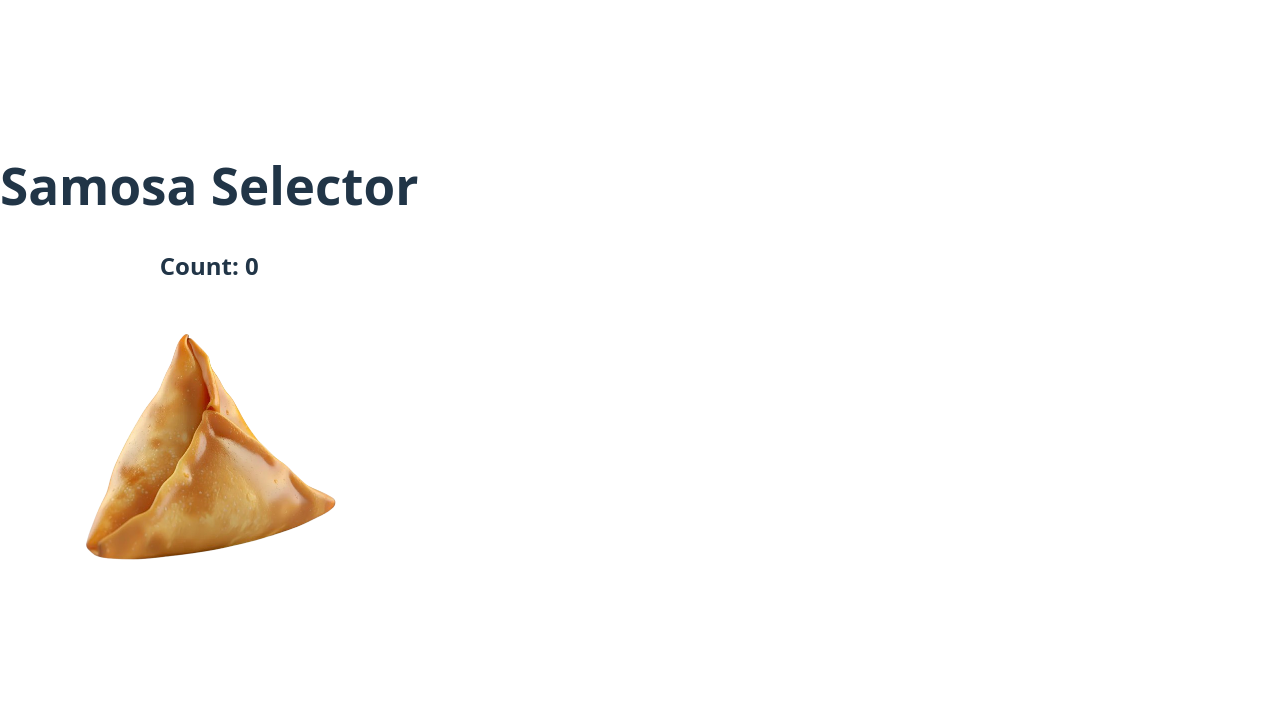
Repository: kvi1/Web102-Labs
Page: / (app in samosa-selector/)
An editor plug-in stored every save of this project. The page is shown before and after the next save, followed by the edit.
The browser window is 1280 px wide. The pictures show the whole page.
The project was rebuilt for these pictures with package versions that can differ from the ones it lists, and the page was loaded fresh each time. Also part of the build but not shown: samosa-selector/vite.config.js.

Above is the page before, as saved 2025-03-01 14:14:13.

After the next save:
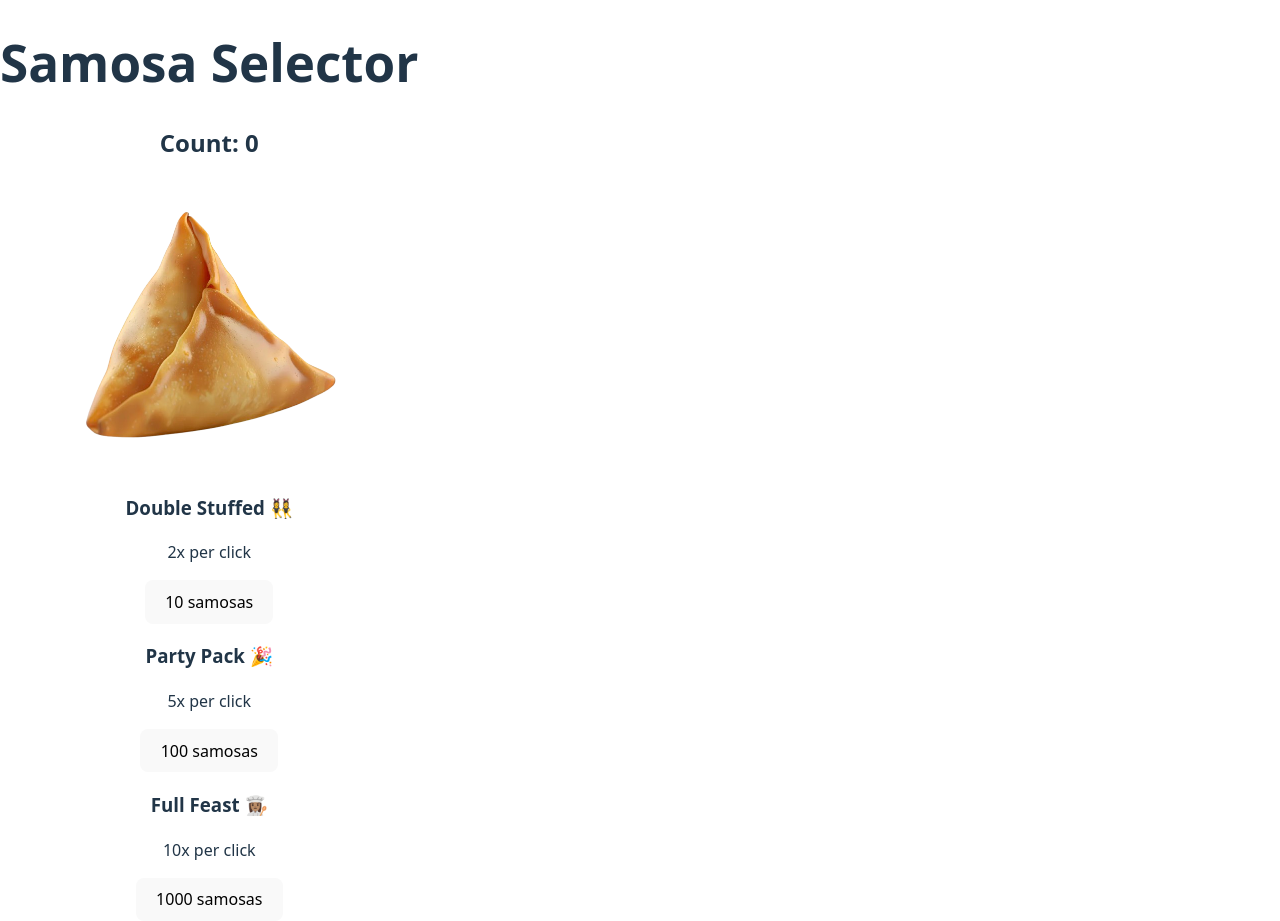
Saved 2 min 54 s later.
--- a/samosa-selector/src/App.jsx
+++ b/samosa-selector/src/App.jsx
@@ -16,6 +16,26 @@ const App = () => {
         <h2>Count: {count}</h2>
         <img className = "samosa" src = {samosa} onClick = {updateCount}></img>
       </div>
+      <div className = "container">
+        <div className = "upgrade">
+          <h3>Double Stuffed 👯‍♀️</h3>
+          <p>2x per click</p>
+          <button>10 samosas</button>
+        </div>
+
+        <div className = "upgrade">
+          <h3>Party Pack 🎉</h3>
+          <p>5x per click</p>
+          <button>100 samosas</button>
+        </div>
+
+        <div className = "upgrade">
+          <h3>Full Feast 👩🏽‍🍳</h3>
+          <p>10x per click</p>
+          <button>1000 samosas</button>
+        </div>
+
+      </div>
     </div>
   )
 }
